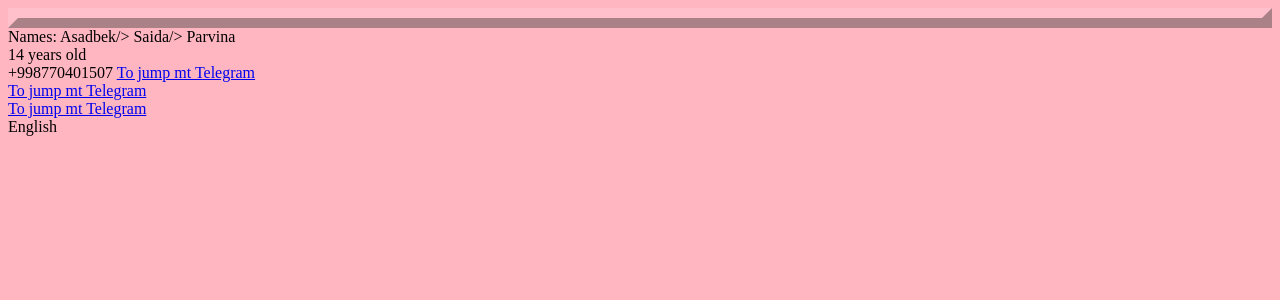
Repository: KHANas02/live-stream
Page: contact.html
These files come from the project's save history. The page is drawn as it stood at one moment and after a run of saves; the edit follows.
The browser window is 1280 px wide. The pictures show the whole page.

Above is the page before, as saved 2024-03-25 07:48:28.

### contact.html
<!DOCTYPE html>
<html lang="en">
  <head>
    <meta charset="UTF-8" />
    <meta name="viewport" content="width=device-width, initial-scale=1.0" />
    <title>Contact with us</title>
    <link rel="stylesheet" href="./index.html" />
  </head>
  <style>
    body {
      background-color: lightpink;
    }
    .text {
      background-repeat: no-repeat;
    }
    .avatar {
      border: 10px outset pink;
    }
  </style>
  <body>
    <div class="avatar"></div>
    <div class="text">
    Names:  Asadbek/>
      Saida/>
      Parvina <br />
      14 years old <br />
+998770401507
      <a href=" https://t.me/wzb_02">To jump mt Telegram</a> <br />
       <a href=" https://t.me/gsi_77">To jump mt Telegram</a> <br />
        <a href="https://t.me/Pretty_girl_2024">To jump mt Telegram</a> <br />

      English <br />
    </div>
  </body>
</html>

### index.html
<!DOCTYPE html>
<html lang="en">
  <head>
    <meta charset="UTF-8" />
    <head name="viewport" content="width=device-width, initial-scale=1.0">
      <title>Englify Live_stream</title>
      <link rel="stylesheet" href="./style.css" />
    </head>
    <style>
      .div1Img {
        font-size: 70px;
        font-family: serif;
        font-weight: 100;
        color: rgb(255, 0, 157);
        position: relative;
        left: 25px;
        top: 70px;
      }
      .div2 {
        font-size: 70px;
        font-family: serif;
        font-weight: 100;
        color: rgb(255, 0, 157);
        position: relative;
        left: 25px;
        top: 70px;
      }
      .div3 {
        font-size: 70px;
        font-family: serif;
        font-weight: 100;
        color: rgb(255, 0, 157);
        position: relative;
        left: 25px;
        top: 450px;
      }
    </style>
    <html>
      <body>
        <div class="div1">
          <div class="div1Img">JOIN TO OUR LIVE STREAM</div>
        </div>
        <div class="div2">
          Todat at 21:00 <br />
          Only with coffee
        </div>
        <div class="div3">
          Our on the telegram
          <br />
          @englify_asp <br />
          And join to us
        </div>
        <div class="hamburger-menu">
          <input id="menu__toggle" type="checkbox" />
          <label class="menu__btn" for="menu__toggle">
            <span></span>
          </label>

          <ul class="menu__box">
            <li><a class="menu__item" href="index.html">Главная</a></li>
            <li>
              <a class="menu__item" href="speaking.html"
                >Speaking полезная функция</a
              >
            </li>
            <li><a class="menu__item" href="group.html">участники прямой трансляции</a></li>
            <li><a class="menu__item" href="#">Блог</a></li>
            <li><a class="menu__item" href="contact.html">Контакты</a></li>
          </ul>
        </div>
      </body>
    </html>
  </head>
</html>

After the next 3 saves:
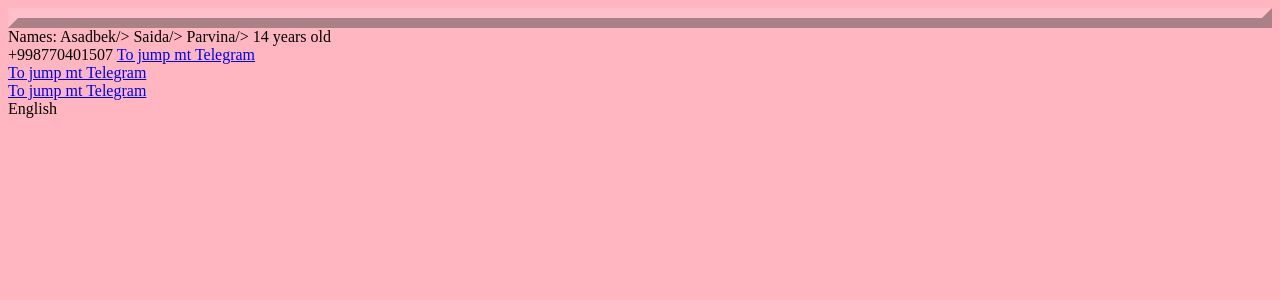
The 3 saves are shown as one change because they came seconds apart.
The last was saved 10 s later.
--- a/contact.html
+++ b/contact.html
@@ -22,7 +22,7 @@
     <div class="text">
     Names:  Asadbek/>
       Saida/>
-      Parvina <br />
+      Parvina/>
       14 years old <br />
 +998770401507
       <a href=" https://t.me/wzb_02">To jump mt Telegram</a> <br />
